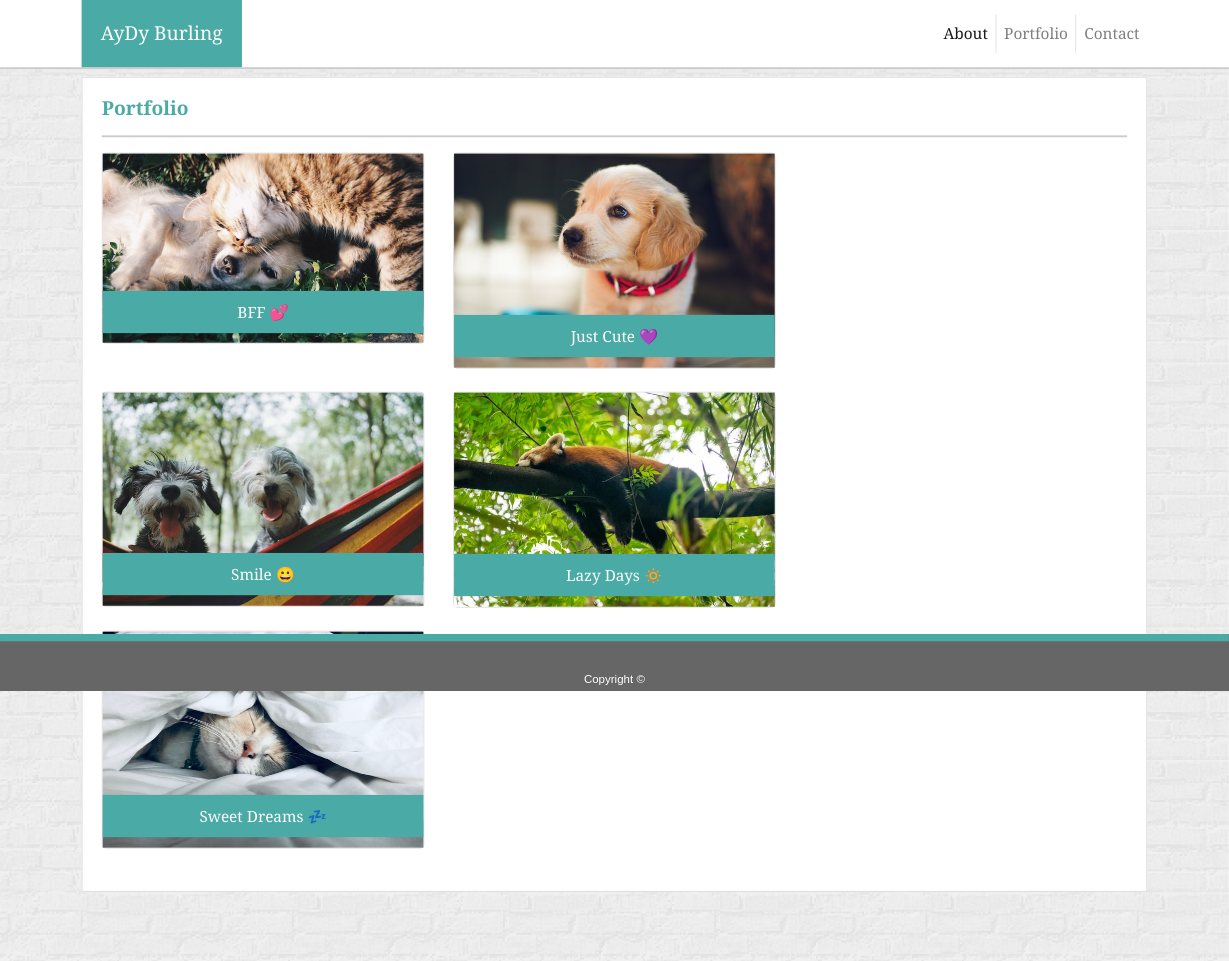
Repository: Dee1985/AyDy-Burling-prework
Page: Module-1_Assessment/portfolio.html
These files come from the project's save history. The page is drawn as it stood at one moment and after the next save; the edit follows.
The browser window is 1280 px wide. The pictures show the whole page, at 96% of full size.

Above is the page before, as saved 2020-05-22 22:50:38.

After the next save:
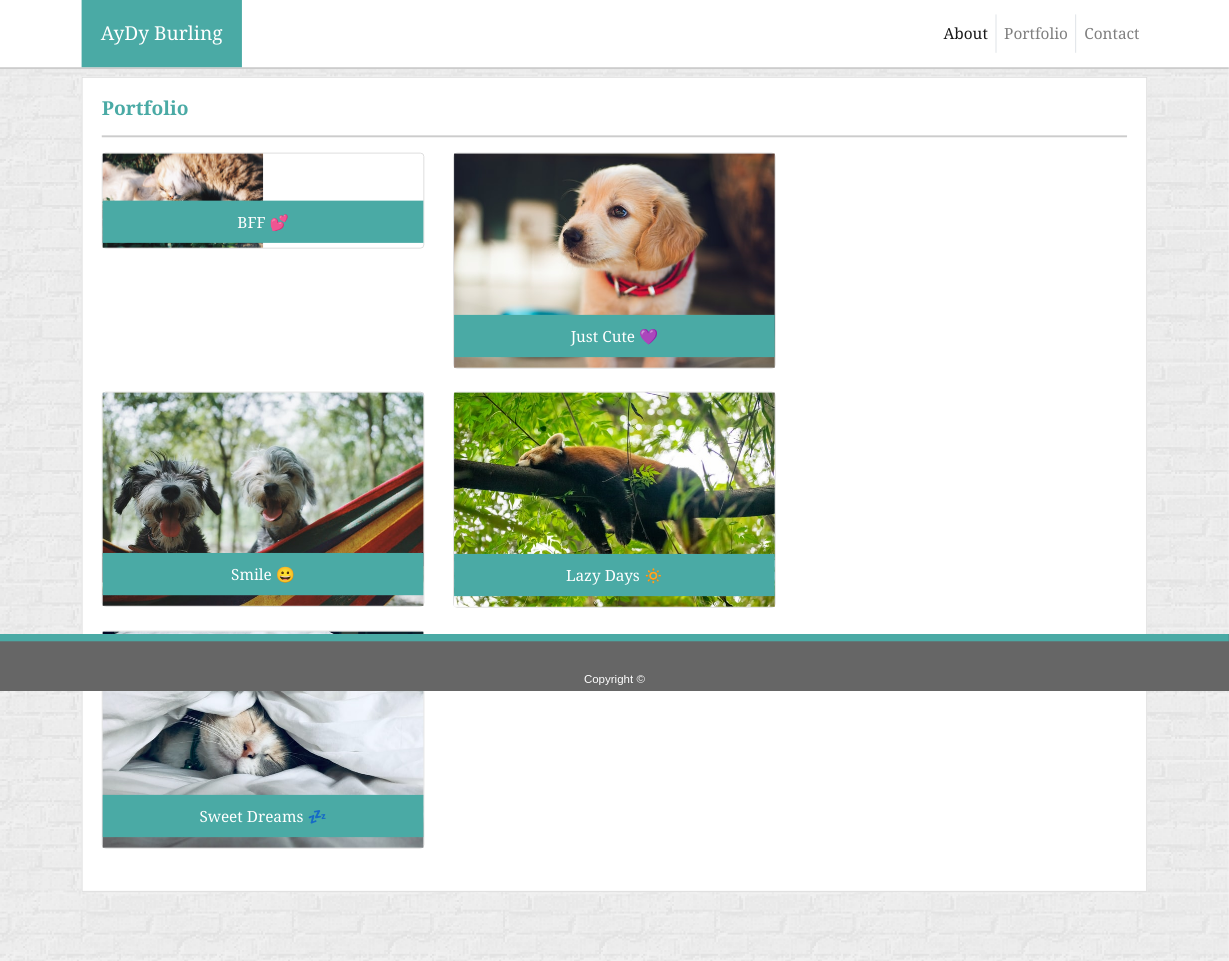
Saved 28 s later.
--- a/Module-1_Assessment/portfolio.html
+++ b/Module-1_Assessment/portfolio.html
@@ -58,7 +58,7 @@
               <!-- first card -->
                 <div class="col-lg-4 mb-4">
                             <div class="card text-white">
-                                <img src="assets/img/krista-mangulsone-9gz3wfHr65U-unsplash.jpg" width="100%" height="50%" alt="cat and dog cuddles">
+                                <img src="assets/img/krista-mangulsone-9gz3wfHr65U-unsplash.jpg" width="50%" height="50%" alt="cat and dog cuddles">
                                 <div class="card-heading text-center">
                                     BFF 💕
                                 </div>

After the save that followed:
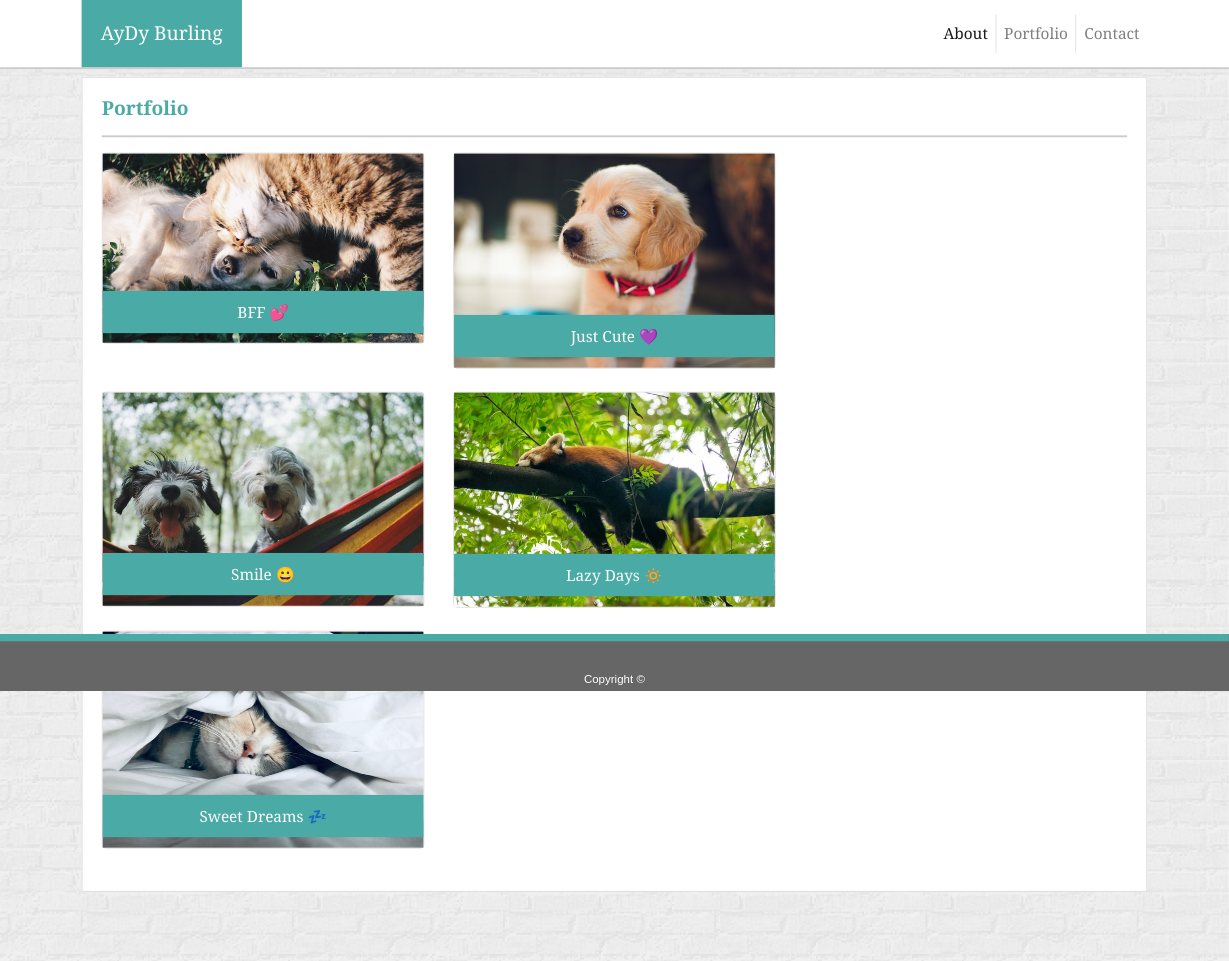
Saved 13 s later.
--- a/Module-1_Assessment/portfolio.html
+++ b/Module-1_Assessment/portfolio.html
@@ -58,7 +58,7 @@
               <!-- first card -->
                 <div class="col-lg-4 mb-4">
                             <div class="card text-white">
-                                <img src="assets/img/krista-mangulsone-9gz3wfHr65U-unsplash.jpg" width="50%" height="50%" alt="cat and dog cuddles">
+                                <img src="assets/img/krista-mangulsone-9gz3wfHr65U-unsplash.jpg" width="100%" height="50%" alt="cat and dog cuddles">
                                 <div class="card-heading text-center">
                                     BFF 💕
                                 </div>
